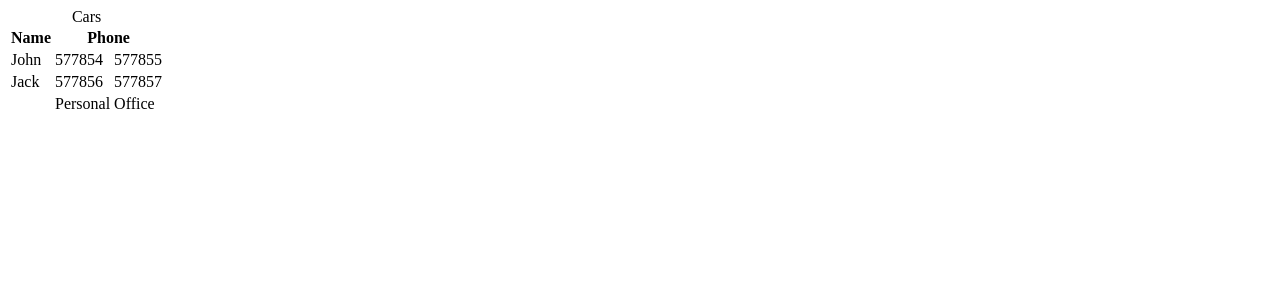
Repository: vgoins-RA2022/HTML-2
Page: index.html
An editor plug-in stored every save of this project. The page is shown before and after a run of saves, followed by the edit.
The browser window is 1280 px wide. The pictures show the whole page.

Above is the page before, as saved 2023-01-10 18:18:31.

After the next 2 saves:
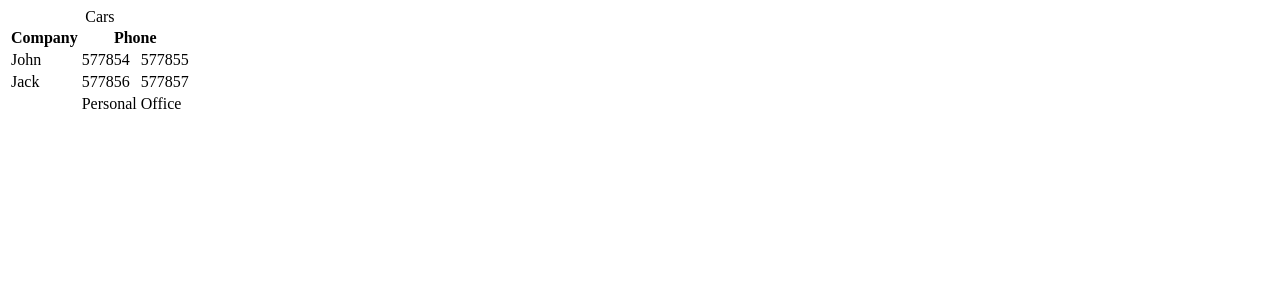
The 2 saves are shown as one change because they came seconds apart.
The last was saved 51 s later.
--- a/index.html
+++ b/index.html
@@ -15,7 +15,7 @@
   <table><caption>Cars</caption>
     <thead>
     <tr>
-      <th>Name</th>
+      <th>Company</th>
       <th colspan="2">Phone</th>
     </tr>
     </thead>
